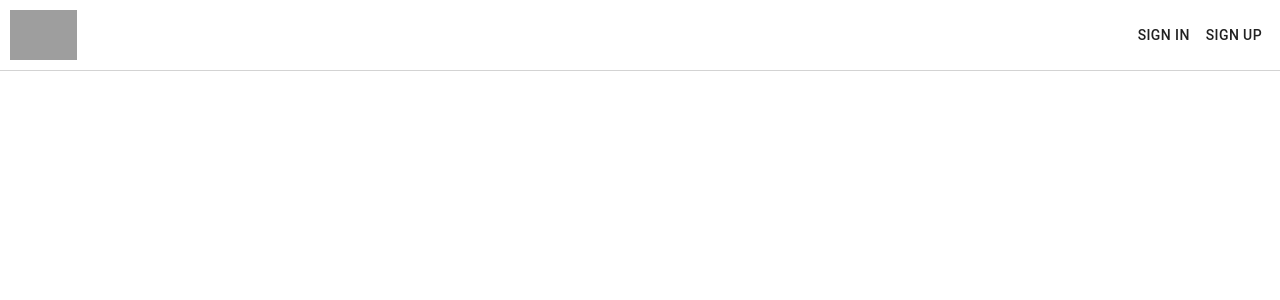
Repository: shiv0403/React-PostEmbed
Page: /
These files come from the project's save history. The page is drawn as it stood at one moment and after the next save; the edit follows.
The browser window is 1280 px wide. The pictures show the whole page.
Pictures or frames that could not be fetched are drawn as grey boxes. The page's requests for data from a server got no answer. The project was rebuilt for these pictures with package versions that can differ from the ones it lists, and the page was loaded fresh each time. No one was signed in, and anything a server would have sent is missing. Also part of the build but not shown: src/Post.css, src/Post.js.

Above is the page before, as saved 2021-01-07 21:27:25.

After the next save:
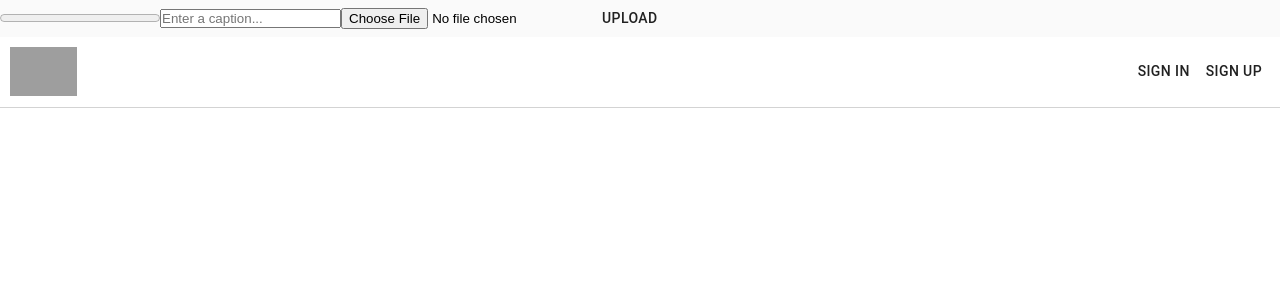
Saved 38 s later.
--- a/src/App.js
+++ b/src/App.js
@@ -88,6 +88,7 @@
 
   return (
     <div className="app">
+      <PostUpload />
       {user?.displayName ? (
         <PostUpload username={user.displayName} />
       ) : (

After the save that followed:
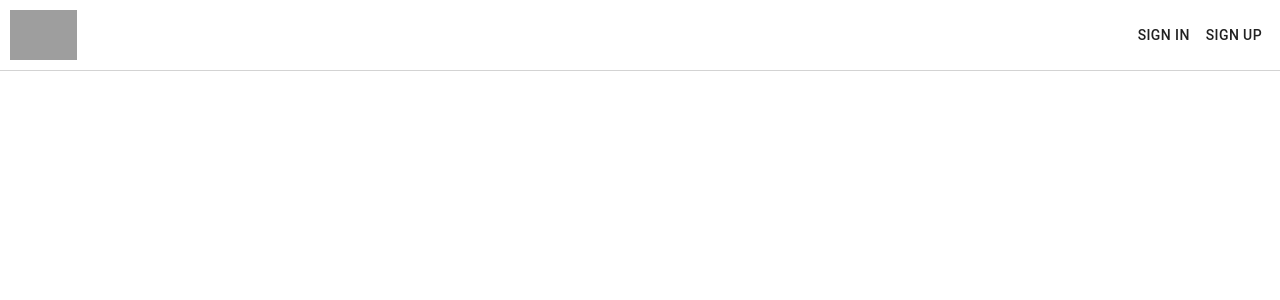
Saved 31 s later.
--- a/src/App.js
+++ b/src/App.js
@@ -88,7 +88,6 @@
 
   return (
     <div className="app">
-      <PostUpload />
       {user?.displayName ? (
         <PostUpload username={user.displayName} />
       ) : (
